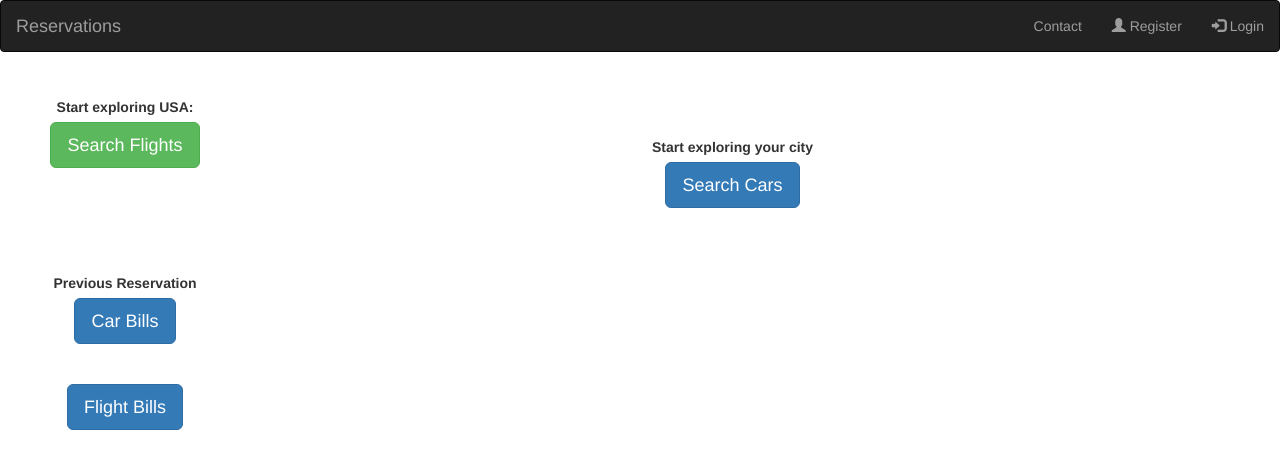
Repository: svnsiva/final-project
Page: http://localhost/flights-car-reservation/WEB-INF/pages/account.jsp
These files come from the project's save history. The page is drawn as it stood at one moment and after the next save; the edit follows.
The browser window is 1280 px wide. The pictures show the whole page.
Some web libraries are served in a nearby version. The page is served by Tomcat 9. Nobody is signed in. The template is opened directly, without the code that normally fills it, so the values that code supplies are empty.

Above is the page before, as saved 2017-08-06 00:23:23.

After the next save:
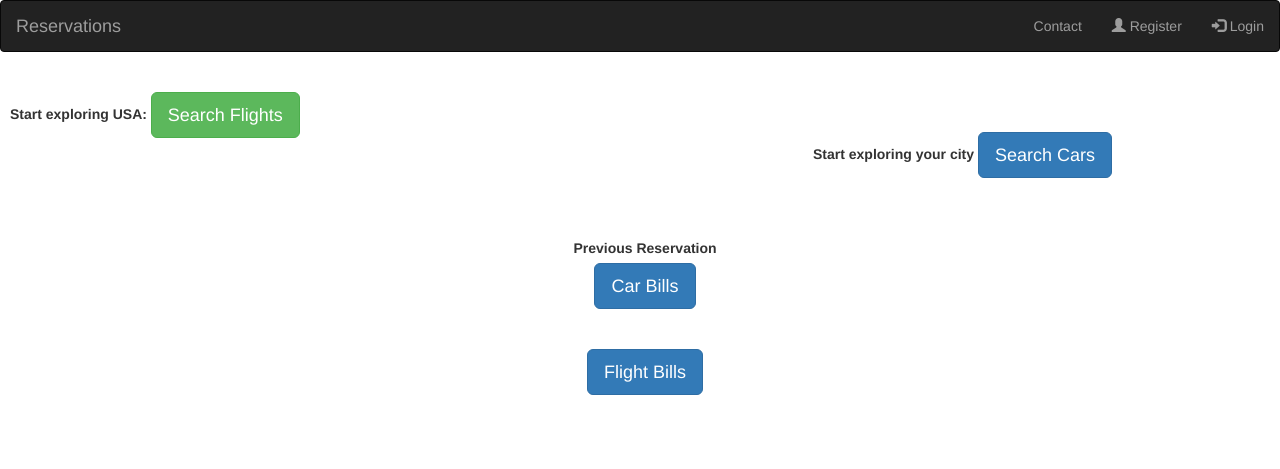
Saved 46 s later.
--- a/flights-car-reservation/src/main/webapp/WEB-INF/pages/account.jsp
+++ b/flights-car-reservation/src/main/webapp/WEB-INF/pages/account.jsp
@@ -24,24 +24,6 @@ background-size:cover;
 
 float:left;
 
-}
-
-html, body {
-    height: 100%;
-    margin: 0;
-}
-
-#left {
-    width:220px;
-    margin: 5px;
-}
-#center {
-    margin: 5px 0;
-    width: calc(100% - 460px);
-}
-#right {
-    margin: 5px;
-    width: 220px;
 }
 
 </style>
@@ -78,7 +60,6 @@ html, body {
 	</div>
       </div>
    <br><br>
-   <div id ="center">
    <form class="form" action="${pageContext.request.contextPath}/cars" method="get">
 	<div>
     <label for="name">Start exploring your city</label>
@@ -86,8 +67,7 @@ html, body {
 	</div></form>
 	<br><br><br>
     <div>
-    </div>
-    <div id ="right">
+
     <label for="name">Previous Reservation</label>
     <form class="form-horizontal" action="${pageContext.request.contextPath}/carbills" method="get">
 
@@ -101,7 +81,6 @@ html, body {
 
 	</form>
 	</div>
-	</div>
       </div>
     </div>
     </div>
